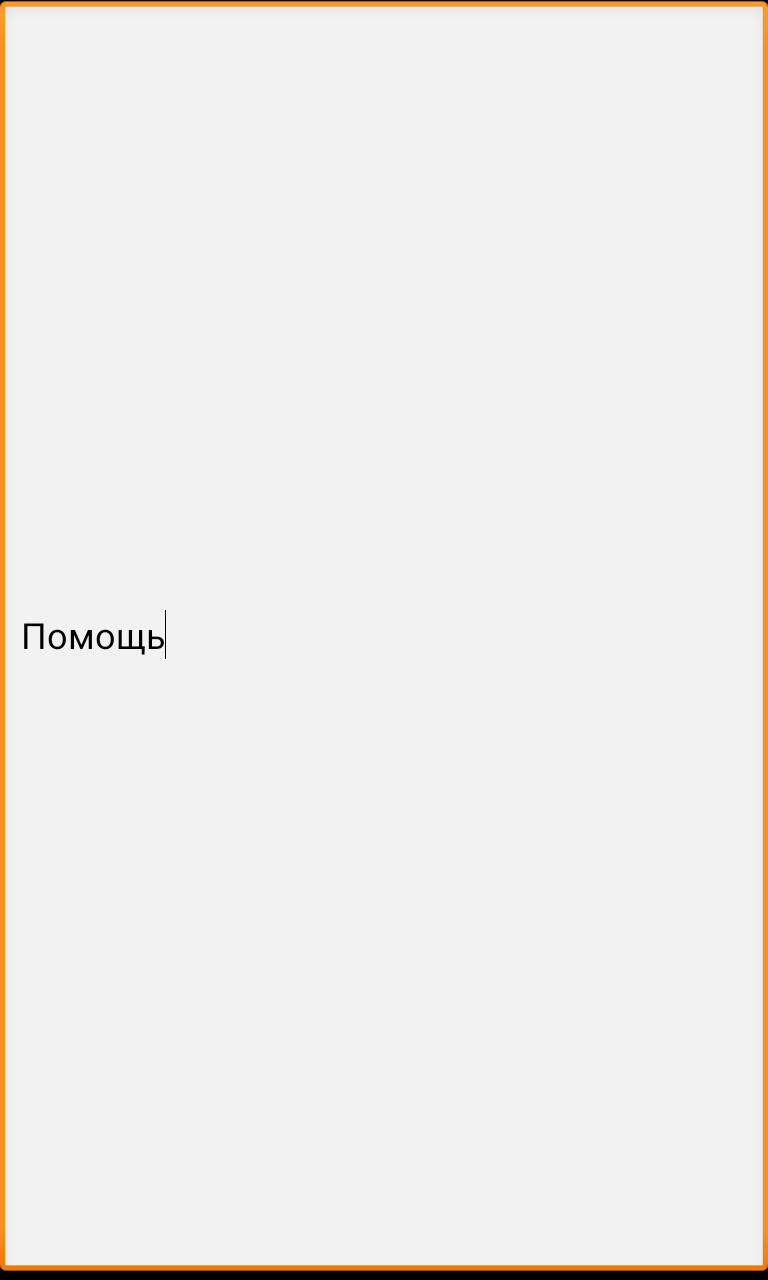
Repository: ssbayanov/panhandlerNXT
Layout: poproshaika/res/layout/help.xml
An editor plug-in stored every save of this project. The layout is shown before and after the next save, followed by the edit.
It is drawn on a 768 x 1280 px phone screen (xhdpi) without system bars, with theme android:Theme; the app's code is not run.

Above is the layout before, as saved 2012-11-06 06:40:39.

### poproshaika/res/layout/help.xml
<?xml version="1.0" encoding="utf-8"?>
<LinearLayout xmlns:android="http://schemas.android.com/apk/res/android"
    android:layout_width="fill_parent"
    android:layout_height="fill_parent"
    android:orientation="vertical" >

    <EditText
        android:id="@+id/content"
    	android:layout_width="fill_parent"
    	android:layout_height="fill_parent"
    	android:text="@string/help"
        android:inputType="textMultiLine" >

        <requestFocus />
    </EditText>

</LinearLayout>

### poproshaika/res/values/strings.xml
<?xml version="1.0" encoding="utf-8"?>
<resources xmlns:xliff="urn:oasis:names:tc:xliff:document:1.2">

    <string name="app_name">Управление NXT</string>

    <!--  BluetoothChat -->
    <string name="send">Send</string>
    <string name="not_connected">Устройство не подключено</string>
    <string name="bt_not_enabled">Bluetooth выключен.\n Включите его для работы</string>
    <string name="bt_enabled">Bluetooth включен</string>
    <string name="bt_not_supported">Bluetooth не поддерживается</string>
    <string name="title_connecting">Соединение&#8230;</string>
    <string name="title_connected_to">Соединение с <xliff:g id="device_name">%1$s</xliff:g></string>
    <string name="title_not_connected">Не удалось подключиться</string>
    <string name="title_connection_close">Соединение разорвоно</string>


    <!--  DeviceListActivity -->
    <string name="scanning">Сканируем устройства&#8230;</string>
    <string name="select_device">Выберите устройство для соединения</string>
    <string name="none_paired">Нет соединённых устройств</string>
    <string name="none_found">Устройства не найдены</string>
    <string name="button_scan">Найти устройства</string>
    <string name="connected_devices">Подключенные устройства</string>
    <string name="descovered_devices">Найденные устройства</string>

    <!-- Options Menu -->
    <string name="secure_connect">Подключить устройсто</string>
    <string name="run_programm">Запустить программу</string>
    <string name="disconnect">Отключить устройсто</string>
    <string name="discoverable">Сделать видимым</string>
    <string name="help">Помощь</string>

    <!-- Main Layout -->
    <string name="main_title">Программа управления NXT v1.1</string>
    <string name="robot_name">Имя робота</string>
    <string name="foward_left">↖</string>
    <string name="foward">↑</string>
    <string name="foward_right">↗</string>
    <string name="left">←</string>
    <string name="button_scan_off">Выкл</string>
    <string name="button_scan_on">Вкл</string>
    <string name="right">→</string>
    <string name="backward_left">↙</string>
    <string name="backward">↓</string>
    <string name="backward_right">↘</string>

    <!-- Preferances -->
    <string name="preferences">Настройки</string>
    <string name="summary_preferences">Общие</string>
    <string name="title_preference_show_battery">Отобразить заряд баттареи</string>
    <string name="summary_on_preference_show_battery">Отображается</string>
    <string name="summary_off_preference_show_battery">Не отображается</string>
    <string name="robot_preferences">Робот</string>
    <string name="title_preference_name_program">Имя программы</string>
    <string name="title_preference_summary_name_program">Введите имя программы которую требуется запустить на роботе</string>
    <string name="preference_edit_this_text">Имя программы</string>

    <!--  Help  -->
    <string name="help_content">
        <b>Описание</b>
        Программа управления роботом Lego Mindstorms NXT основана на отправки сообщений главной программе выполняемой на блоке.
    </string>


</resources>

After the next save:
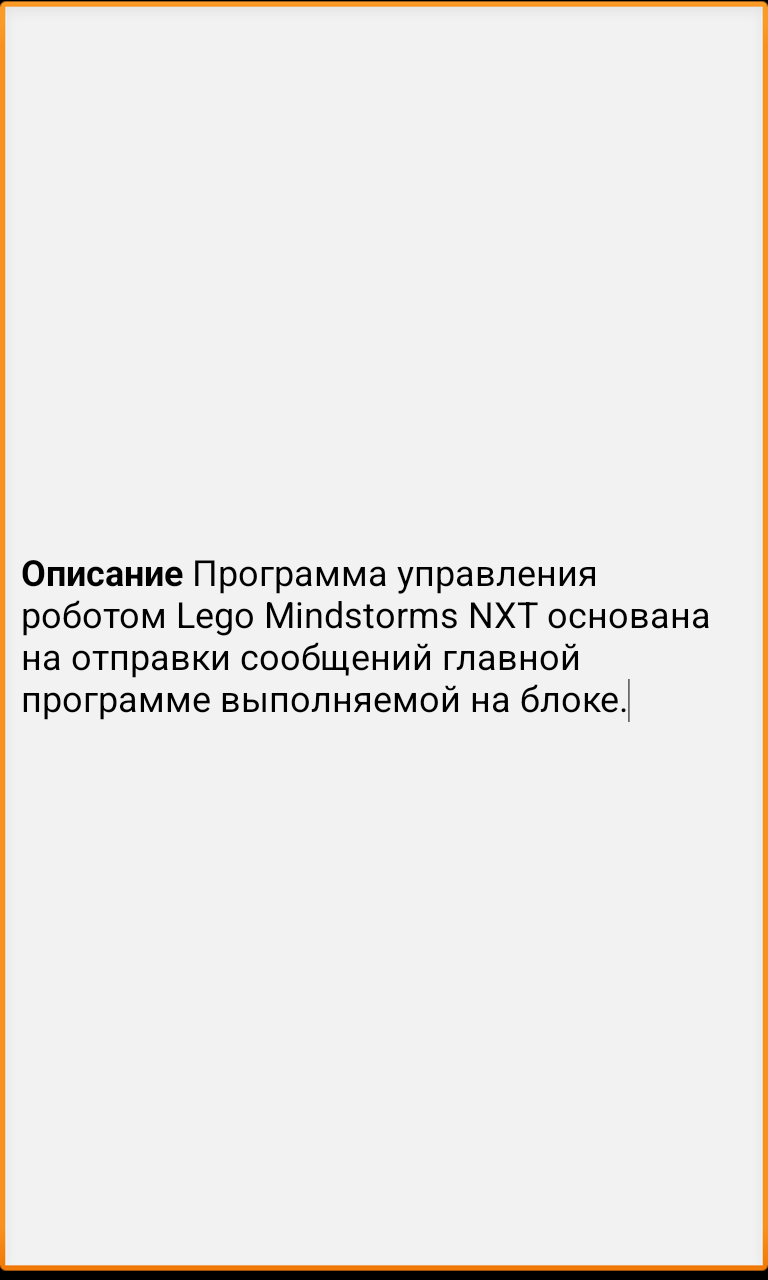
Saved 71 s later.
--- a/poproshaika/res/layout/help.xml
+++ b/poproshaika/res/layout/help.xml
@@ -8,7 +8,7 @@
         android:id="@+id/content"
     	android:layout_width="fill_parent"
     	android:layout_height="fill_parent"
-    	android:text="@string/help"
+    	android:text="@string/help_content"
         android:inputType="textMultiLine" >
 
         <requestFocus />
